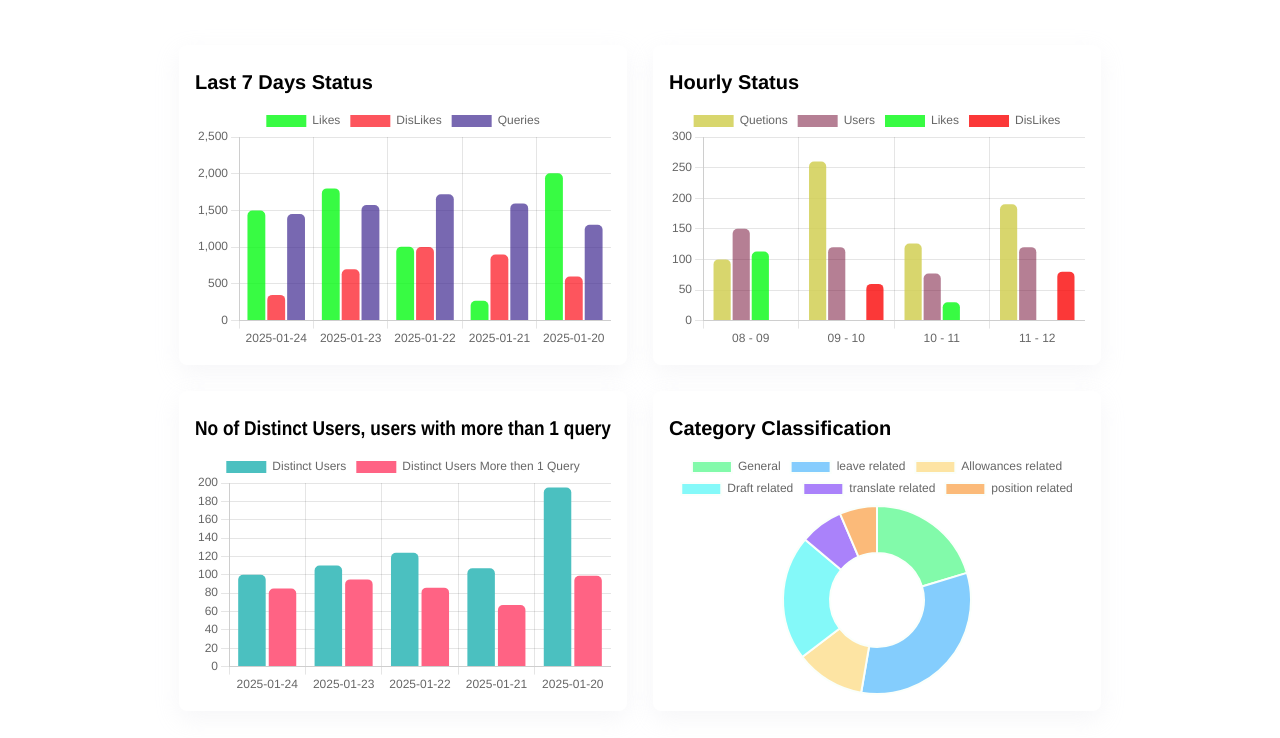
Repository: NAGARAJ-DEVELOPER/Dashboard
Page: /
An editor plug-in stored every save of this project. The page is shown before and after the next save, followed by the edit.
The browser window is 1280 px wide. The pictures show the whole page.
The project was rebuilt for these pictures with package versions that can differ from the ones it lists, and the page was loaded fresh each time. Also part of the build but not shown: vite.config.js.

Above is the page before, as saved 2025-02-12 00:24:58.

### src/App.jsx
import React from "react";
import { Chart as ChartJS, defaults } from "chart.js/auto";
import { Bar, Doughnut, Line, Pie } from "react-chartjs-2";

import "./App.css";


import sourceData from "./data/sourceData.json";
import Week from "./data/7days.json";
import toady from "./data/Today.json";
import user from "./data/Users.json";
import category from "./data/Category.json";

defaults.maintainAspectRatio = false;
defaults.responsive = true;

defaults.plugins.title.display = true;
defaults.plugins.title.align = "start";
defaults.plugins.title.font.size = 20;
defaults.plugins.title.color = "black";

export const App = () => {


  return (
   <>
   <div>
    <br></br>
   </div>
    <div className="App">

        <div className="dataCard categoryCard">
        <Bar
          data={{
            labels: Week.map((data) => data.DATE1),
            datasets: [
              {
                label: "Likes",
                data: Week.map((data) => data.number_of_likes),
                backgroundColor: [
             "rgba(7, 250, 20, 0.8)",
                ],
                borderRadius: 5,
              },
              {
                label: "DisLikes",
                data: Week.map((data) => data.number_of_dislikes),
                backgroundColor: [

                  "rgba(252, 13, 25, 0.7)",

                ],
                borderRadius: 5,
              },
              {
                label: "Queries",
                data: Week.map((data) => data.number_of_ques),
                backgroundColor: [
                  "rgba(63, 40, 145, 0.7)",
                ],
                borderRadius: 5,
              },
            ],
          }}
          options={{
            plugins: {
              title: {
                text: "Last 7 Days Status",
              },
            },
          }}
        />
      </div>


      <div className="dataCard categoryCard">
        <Bar
          data={{
            labels: toady.map((data) => data.B_TIME),
            datasets: [
              {
                label: "Quetions",
                data: toady.map((data) => data.C_Questions),
                backgroundColor: [
                  "rgba(209, 207, 82, 0.84)",
                ],
                borderRadius: 5,
              },
              {
                label: "Users",
                data: toady.map((data) => data.D_Users),
                backgroundColor: [

                  "rgba(116, 14, 53, 0.53)",

                ],
                borderRadius: 5,
              },
              {
                label: "Likes",
                data: toady.map((data) => data.F_Likes),
                backgroundColor: [
                  "rgba(7, 250, 20, 0.8)",
                ],
                borderRadius: 5,
              },
              {
                label: "DisLikes",
                data: toady.map((data) => data.Dis_Likes),
                backgroundColor: [
                  "rgba(250, 7, 7, 0.8)",
                ],
                borderRadius: 5,
              },
            ],
          }}
          options={{
            plugins: {
              title: {
                text: "Hourly Status",
              },
            },
          }}
        />
      </div>
      <div className="dataCard categoryCard">
        <Bar
          data={{
            labels: user.map((data) => data.DATE1),
            datasets: [
              {
                label: "Distinct Users",
                data: user.map((data) => data.number_of_distinct_users),
                backgroundColor: 'rgb(75, 192, 192)',
                borderRadius: 5,
              },
              {
                label: "Distinct Users More then 1 Query",
                data: user.map((data) => data.Distinct_Users_more_1query),
                backgroundColor: 'rgb(255, 99, 132)',
                borderRadius: 5,
              },
            ],
          }}
          options={{
            plugins: {
              title: {
                text: "No of Distinct Users, users with more than 1 query",
              },
            },
          }}
        />
      </div>


      <div className="dataCard categoryCard">
        <Doughnut
          data={{
            labels: category.map((data) => data.category),
            datasets: [
              {
                label: "Count",
                data: category.map((data) => data.COUNT_CAT),
                backgroundColor: [
                  'rgba(7, 245, 86, 0.5)',
        'rgba(10, 155, 252, 0.5)',
        'rgba(252, 201, 72, 0.5)',
        'rgba(10, 243, 243, 0.5)',
        'rgba(86, 6, 245, 0.5)',
        'rgba(247, 129, 11, 0.55)',
                ],
                borderColor: [
                  'rgb(250, 255, 251)',
                  'rgb(250, 255, 251)',
                  'rgb(250, 255, 251)',
                  'rgb(250, 255, 251)',
                  'rgb(250, 255, 251)',
                  'rgb(250, 255, 251)',
                ],animation :Doughnut,
              },
            ],
          }}
          options={{
            plugins: {
              title: {
                text: "Category Classification",
              },
            },
          }}
        />
      </div>
    </div>
    </>
  );
};

### src/App.css
.App {
  height: 100vh;
  width: 100%;
  display: flex;
  flex-direction: row;
  align-items: center;
  justify-content: center;
  align-content: center;
  gap: 2vw;
  flex-wrap: wrap;
  background-color: #ffffff;
  overflow: auto;
}
.Height{

}
.dataCard {
  background-color: #ffffff;
  border-radius: 0.5em;
  box-shadow: rgba(208, 210, 218, 0.2) 0px 8px 24px;
  padding: 1em;
}

.revenueCard {
  width: 92%;
  height: 20rem;
}

.customerCard {
  width: 50%;
  height: 20rem;
}

.categoryCard {
  width: 35%;
  height: 20rem;
}

### src/data/sourceData.json
[
  {
    "label": "Queries",
    "value": 327787
  },
  {
    "label": "Likes",
    "value": 45877
  },
  {
    "label": "Dislikes",
    "value": 238787
  }
]

### src/data/7days.json
[
    {  "DATE1": "2025-01-24", "number_of_dislikes": 350, "number_of_likes": 1500,  "number_of_ques": 1452 },
    {  "DATE1": "2025-01-23", "number_of_dislikes": 700, "number_of_likes": 1800,  "number_of_ques": 1574 },
    {  "DATE1": "2025-01-22", "number_of_dislikes": 1003, "number_of_likes": 1005,  "number_of_ques": 1720 },
    {  "DATE1": "2025-01-21", "number_of_dislikes": 900, "number_of_likes": 270,  "number_of_ques": 1596 },
    {  "DATE1": "2025-01-20", "number_of_dislikes": 600, "number_of_likes": 2005,  "number_of_ques": 1304 }
  ]

### src/data/Today.json
[
  { "A_DATE": "2025-01-27", "B_TIME": "08 - 09", "C_Questions": 100, "D_Users": 150 ,"F_Likes": 113},
  { "A_DATE": "2025-01-27",  "B_TIME": "09 - 10", "C_Questions": 260, "D_Users": 120,"Dis_Likes":60},
  { "A_DATE": "2025-01-27", "B_TIME": "10 - 11", "C_Questions": 126, "D_Users": 77, "F_Likes": 30 },
  { "A_DATE": "2025-01-27", "B_TIME": "11 - 12", "C_Questions": 190, "D_Users": 120,"Dis_Likes":80 }
]

### src/data/Users.json
[
  {  "DATE1": "2025-01-24", "number_of_distinct_users": 100, "Distinct_Users_more_1query": 85 },
  {  "DATE1": "2025-01-23", "number_of_distinct_users": 110, "Distinct_Users_more_1query": 95 },
  {  "DATE1": "2025-01-22", "number_of_distinct_users": 124, "Distinct_Users_more_1query": 86  },
  {  "DATE1": "2025-01-21", "number_of_distinct_users": 107, "Distinct_Users_more_1query": 67  },
  {  "DATE1": "2025-01-20", "number_of_distinct_users": 195, "Distinct_Users_more_1query": 99  }
]

### src/data/Category.json
[
  { "category": "General", "COUNT_CAT": 2434 },
  { "category": "leave related", "COUNT_CAT": 3870 },
  { "category": "Allowances related", "COUNT_CAT": 1430 },
  { "category": "Draft related", "COUNT_CAT": 2569 },
  { "category": "translate related", "COUNT_CAT": 891 },
  { "category": "position related", "COUNT_CAT": 770 }
]

Loaded but not shown: index.html (common file); src/main.jsx (common file); src/index.css (common file)

After the next save:
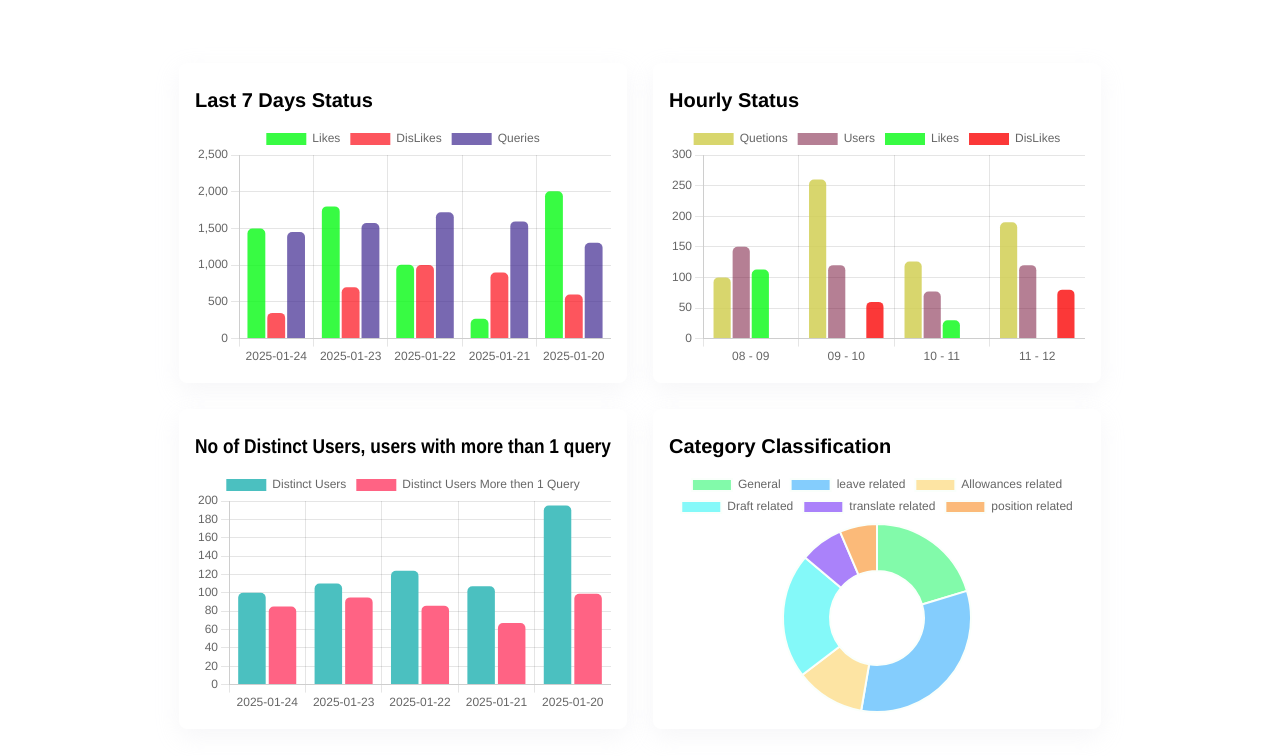
Saved 6 s later.
--- a/src/App.jsx
+++ b/src/App.jsx
@@ -25,6 +25,7 @@ export const App = () => {
   return (
    <>
    <div>
+    <br></br>
     <br></br>
    </div>
     <div className="App">
